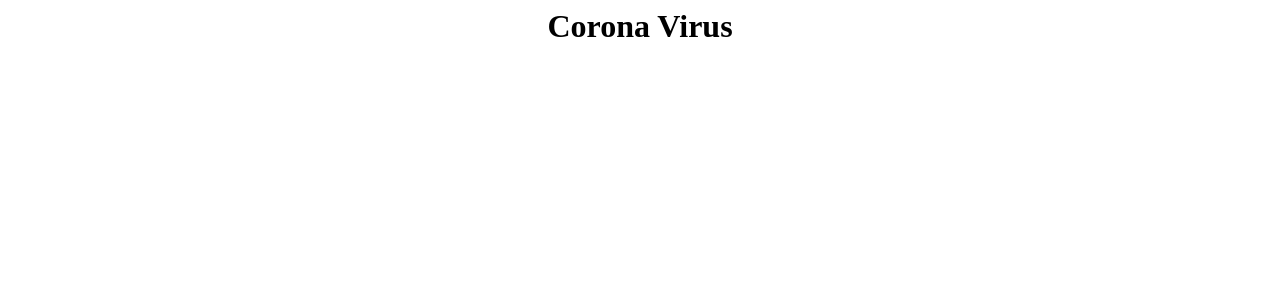
Repository: ZubaerAhmed/2-Corona-virus-eclipse-workspace
Page: CoronaVirus/WebContent/Corona/header.html
The author's editor kept a copy of each file at every save. The page is drawn from the files as they stood at one save, then again after the next save.
The browser window is 1280 px wide. The pictures show the whole page.

Above is the page before, as saved 2020-04-01 19:39:59.

After the next save:
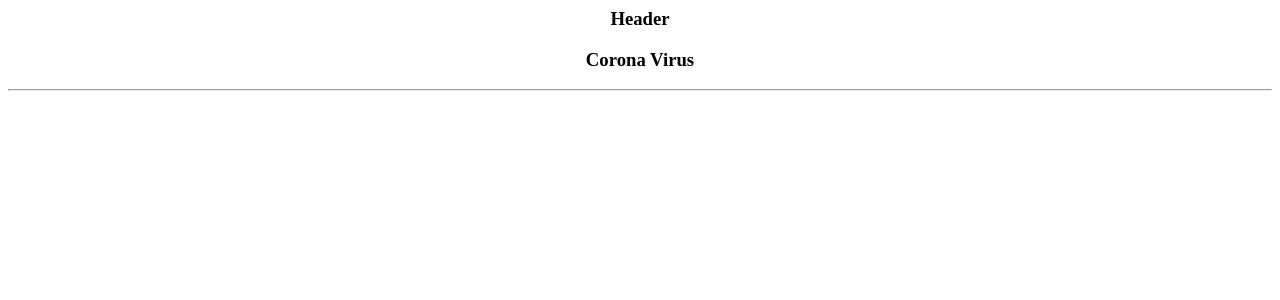
Saved 53 min 25 s later.
--- a/CoronaVirus/WebContent/Corona/header.html
+++ b/CoronaVirus/WebContent/Corona/header.html
@@ -1,2 +1,4 @@
 
-<h1 align="center"> Corona Virus</h1>
+<h3 align="center"> Header</h3>
+<h3 align="center"> Corona Virus</h3>
+<hr>
